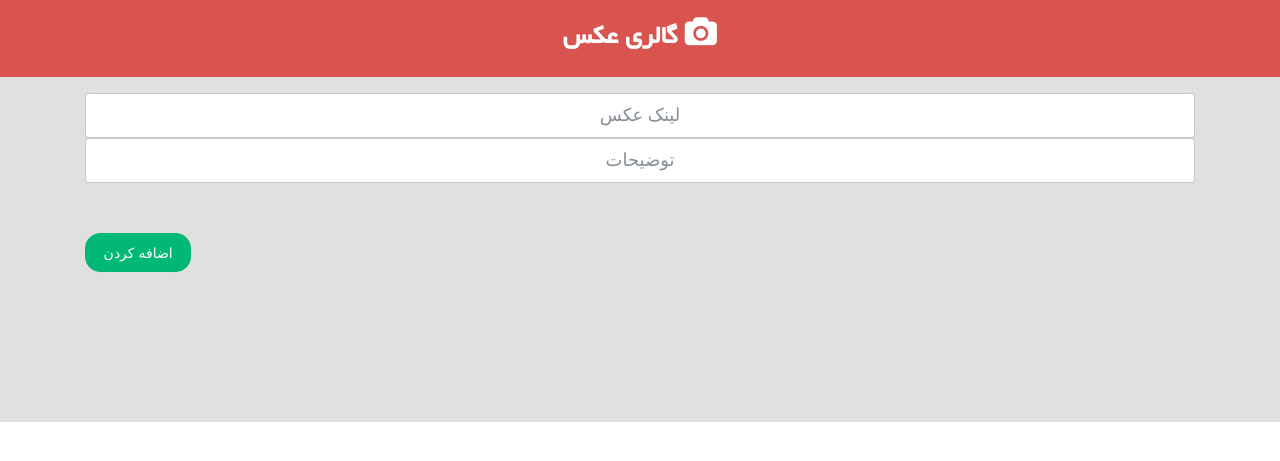
Repository: sadegh1379/PhotoWall-app
Page: /addphoto
An editor plug-in stored every save of this project. The page is shown before and after the next save, followed by the edit.
The browser window is 1280 px wide. The pictures show the whole page.
The project was rebuilt for these pictures with package versions that can differ from the ones it lists, and the page was loaded fresh each time. Also part of the build but not shown: src/Component/Photo.js, src/Component/PhotoWall.js.

Above is the page before, as saved 2020-02-22 13:23:36.

After the next save:
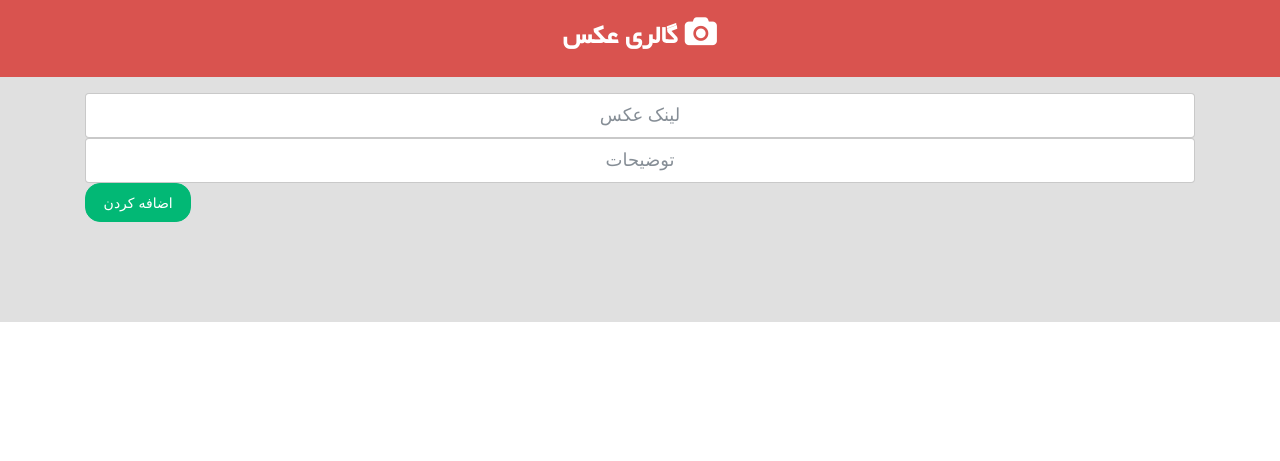
Saved 6 s later.
--- a/src/App.css
+++ b/src/App.css
@@ -46,7 +46,7 @@
 }
 
 .add-form div{
-    margin: 50px auto;
+
 
 
 }
